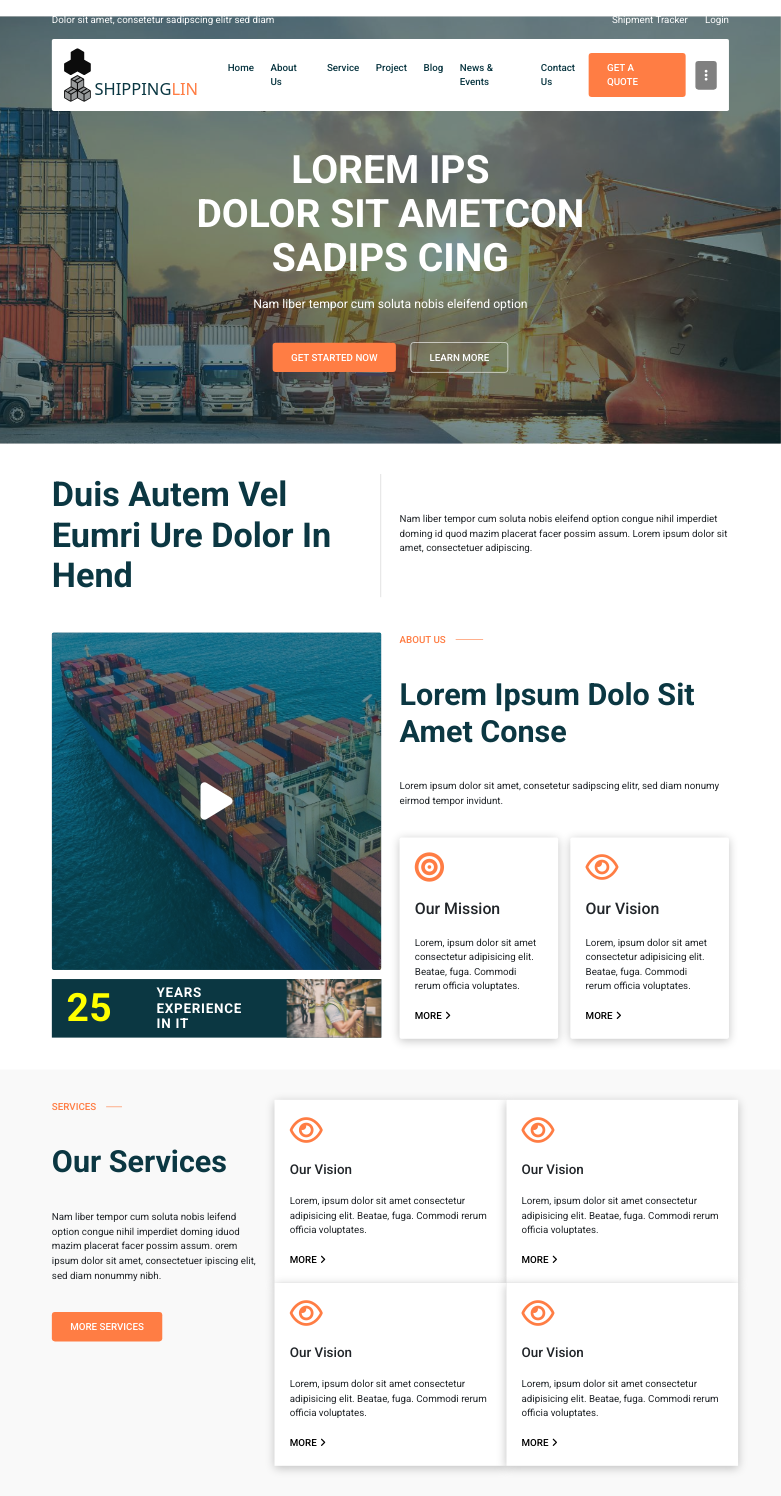
Repository: nazmulalok/shipping-theme
Page: index.html
These files come from the project's save history. The page is drawn as it stood at one moment and after the next save; the edit follows.
The browser window is 1280 px wide. The pictures show the whole page, at 61% of full size.
Some web libraries are served in a nearby version.

Above is the page before, as saved 2022-10-08 22:58:16.

### index.html
<!DOCTYPE html>
<html lang="en">

    <head>
        <meta charset="UTF-8">
        <meta http-equiv="X-UA-Compatible" content="IE=edge">
        <meta name="viewport" content="width=device-width, initial-scale=1.0">
        <link rel="preconnect" href="https://fonts.googleapis.com">
        <link rel="preconnect" href="https://fonts.gstatic.com" crossorigin>
        <link
            href="https://fonts.googleapis.com/css2?family=Roboto:ital,wght@0,300;0,400;0,500;0,700;0,900;1,300;1,400;1,500;1,700;1,900&display=swap"
            rel="stylesheet">
        <link rel="stylesheet" href="https://cdnjs.cloudflare.com/ajax/libs/font-awesome/6.2.0/css/all.min.css"
            integrity="sha512-xh6O/CkQoPOWDdYTDqeRdPCVd1SpvCA9XXcUnZS2FmJNp1coAFzvtCN9BmamE+4aHK8yyUHUSCcJHgXloTyT2A=="
            crossorigin="anonymous" referrerpolicy="no-referrer" />
        <link rel="stylesheet" href="https://cdn.jsdelivr.net/npm/bootstrap@4.0.0/dist/css/bootstrap.min.css"
            integrity="sha384-Gn5384xqQ1aoWXA+058RXPxPg6fy4IWvTNh0E263XmFcJlSAwiGgFAW/dAiS6JXm" crossorigin="anonymous">
        <link rel="stylesheet" href="style.css">
        <title>Document</title>
    </head>

    <body>
        <header class="header-top">
            <div class="container">
                <div class="top-bar">
                    <p class="m-0">Dolor sit amet, consetetur sadipscing elitr sed diam</p>
                    <div>
                        <span class="mr-4">Shipment Tracker</span>
                        <span>Login</span>
                    </div>
                </div>
                <div class="header-area">
                    <div class="logo">
                        <img src="images/box.svg" alt="Logo Box" class="me-2">
                        <img src="images/shipping-logo.svg" alt="Shipping Logo">
                    </div>
                    <nav>
                        <ul>
                            <li><a href="#">Home</a></li>
                            <li><a href="#">About Us</a></li>
                            <li><a href="#">Service</a></li>
                            <li><a href="#">Project</a></li>
                            <li><a href="#">Blog</a></li>
                            <li><a href="#">News & Events</a></li>
                            <li><a href="#">Contact Us</a></li>
                        </ul>
                    </nav>
                    <div class="nav-btn">
                        <a class="common-btn mr-3" href="#">Get A Quote</a>
                        <i class="fa-solid fa-ellipsis-vertical"></i>
                    </div>
                </div>
            </div>
        </header>
        <!-- Slider -->
        <section>
            <div class="main-slider">
                <div class="container">
                    <div class="slide-content">
                        <div class="slide-text">
                            <div class="slider-title mb-4">Lorem ips<br>
                                dolor sit ametcon<br>
                                sadips cing</div>
                            <p>Nam liber tempor cum soluta nobis eleifend option</p>
                            <div class="sliderBtn mt-5"><a class="common-btn mr-4" href="#">Get Started Now</a><a
                                    class="common-btn outline-btn" href="#">Learn More</a></div>
                        </div>
                    </div>
                </div>
            </div>
        </section>
        <!-- Slider Ends -->
        <div class="common-sec">
            <div class="container">
                <div class="row align-items-center mb-5">
                    <div class="col-lg-6">
                        <h1 class="border-heading">Duis Autem Vel Eumri
                            Ure Dolor In Hend</h1>
                    </div>
                    <div class="col-lg-6">
                        <p class="ms-4">Nam liber tempor cum soluta nobis eleifend option congue nihil imperdiet doming
                            id quod mazim
                            placerat facer possim assum. Lorem ipsum dolor sit amet, consectetuer adipiscing.</p>
                    </div>
                </div>
                <div class="row mt-5">
                    <div class="col-lg-6">
                        <div class="video-box img-box img-shadow">
                            <img src="images/ship-products.jpg" alt="Ship Products" />
                            <a data-fancybox="" href="" class="video-btn">
                                <i class="fa fa-play"></i>
                            </a>
                        </div>
                        <div class="exp-section">
                            <div class="exp-title ml-4">
                                25
                            </div>
                            <div class="exp-paragraph">
                                Years <br>Experience <br>In It
                            </div>
                            <img src="images/exp-bg.png" alt="Experience">
                        </div>
                    </div>
                    <div class="col-lg-6">
                        <span class="sp-title">About Us</span>
                        <h2 class="mb-5">Lorem Ipsum Dolo
                            Sit Amet Conse</h2>
                        <p class="mb-5">Lorem ipsum dolor sit amet, consetetur sadipscing elitr, sed diam nonumy eirmod
                            tempor
                            invidunt.</p>
                        <div class="boxes">
                            <div class="common-box">
                                <div class="content">
                                    <i class="fa-solid fa-bullseye mb-4"></i>
                                    <div class="box-title mb-4">
                                        Our Mission
                                    </div>
                                    <p class="mb-4">Lorem, ipsum dolor sit amet consectetur adipisicing elit. Beatae,
                                        fuga. Commodi
                                        rerum
                                        officia voluptates.</p>
                                    <a href="#" class="more-btn">More</a>
                                </div>
                            </div>
                            <div class="common-box">
                                <div class="content">
                                    <i class="fa-regular fa-eye mb-4"></i>
                                    <div class="box-title mb-4">
                                        Our Vision
                                    </div>
                                    <p class="mb-4">Lorem, ipsum dolor sit amet consectetur adipisicing elit. Beatae,
                                        fuga. Commodi
                                        rerum
                                        officia voluptates.</p>
                                    <a href="#" class="more-btn">More</a>
                                </div>
                            </div>
                        </div>
                    </div>
                </div>
            </div>
        </div>
        <div class="common-sec service-sec">
            <div class="container">
                <div class="row">
                    <div class="col-lg-4">
                        <span class="sp-title">Services</span>
                        <h2 class="mb-5">Our Services</h2>
                        <p class="mb-5">Nam liber tempor cum soluta nobis leifend option congue nihil imperdiet doming
                            iduod mazim placerat facer possim assum. orem ipsum dolor sit amet, consectetuer ipiscing
                            elit, sed diam nonummy nibh.</p>
                        <a href="#" class="common-btn">More Services</a>
                    </div>
                    <div class="col-lg-8">
                        <div class="row">
                            <div class="col-lg-6 p-0">
                                <div class="common-box">
                                    <div class="content">
                                        <i class="fa-regular fa-eye mb-4"></i>
                                        <div class="box-title mb-4">
                                            Our Vision
                                        </div>
                                        <p class="mb-4">Lorem, ipsum dolor sit amet consectetur adipisicing elit.
                                            Beatae,
                                            fuga. Commodi
                                            rerum
                                            officia voluptates.</p>
                                        <a href="#" class="more-btn">More</a>
                                    </div>
                                </div>
                            </div>
                            <div class="col-lg-6 p-0">
                                <div class="common-box">
                                    <div class="content">
                                        <i class="fa-regular fa-eye mb-4"></i>
                                        <div class="box-title mb-4">
                                            Our Vision
                                        </div>
                                        <p class="mb-4">Lorem, ipsum dolor sit amet consectetur adipisicing elit.
                                            Beatae,
                                            fuga. Commodi
                                            rerum
                                            officia voluptates.</p>
                                        <a href="#" class="more-btn">More</a>
                                    </div>
                                </div>
                            </div>
                            <div class="col-lg-6 p-0">
                                <div class="common-box">
                                    <div class="content">
                                        <i class="fa-regular fa-eye mb-4"></i>
                                        <div class="box-title mb-4">
                                            Our Vision
                                        </div>
                                        <p class="mb-4">Lorem, ipsum dolor sit amet consectetur adipisicing elit.
                                            Beatae,
                                            fuga. Commodi
                                            rerum
                                            officia voluptates.</p>
                                        <a href="#" class="more-btn">More</a>
                                    </div>
                                </div>
                            </div>
                            <div class="col-lg-6 p-0">
                                <div class="common-box">
                                    <div class="content">
                                        <i class="fa-regular fa-eye mb-4"></i>
                                        <div class="box-title mb-4">
                                            Our Vision
                                        </div>
                                        <p class="mb-4">Lorem, ipsum dolor sit amet consectetur adipisicing elit.
                                            Beatae,
                                            fuga. Commodi
                                            rerum
                                            officia voluptates.</p>
                                        <a href="#" class="more-btn">More</a>
                                    </div>
                                </div>
                            </div>
                        </div>
                    </div>
                </div>
            </div>
        </div>














        <script src="https://code.jquery.com/jquery-3.2.1.slim.min.js"
            integrity="sha384-KJ3o2DKtIkvYIK3UENzmM7KCkRr/rE9/Qpg6aAZGJwFDMVNA/GpGFF93hXpG5KkN"
            crossorigin="anonymous"></script>
        <script src="https://cdn.jsdelivr.net/npm/popper.js@1.12.9/dist/umd/popper.min.js"
            integrity="sha384-ApNbgh9B+Y1QKtv3Rn7W3mgPxhU9K/ScQsAP7hUibX39j7fakFPskvXusvfa0b4Q"
            crossorigin="anonymous"></script>
        <script src="https://cdn.jsdelivr.net/npm/bootstrap@4.0.0/dist/js/bootstrap.min.js"
            integrity="sha384-JZR6Spejh4U02d8jOt6vLEHfe/JQGiRRSQQxSfFWpi1MquVdAyjUar5+76PVCmYl"
            crossorigin="anonymous"></script>
    </body>

</html>

### style.css
/* Common CSS Starts*/
*,
*::before,
*::after {
    box-sizing: border-box;
    margin: 0;
    padding: 0;
}

html {
    scroll-behavior: smooth;
}

:root {
    --main-color: #FF7D44;
    --secondary-color: #0B3742;
    --tertiary-color: #FFFFFF;
}

body {
    font-family: 'Roboto', sans-serif;
}

a.white-space {
    white-space: nowrap;
}

/* Common CSS Ends */

/* slider style starts */

.main-slider>* {
    z-index: 10;
}

.main-slider {
    background: url(images/shipping-banner.jpg);
    height: 700px;
    width: 100%;
    background-size: cover;
    background-repeat: no-repeat;
    background-position: center;
    position: relative;
    display: flex;
    align-items: center;
    transition: all 1s;
    margin-top: -155px;
    z-index: 50;
}

.main-slider:before {
    content: '';
    width: 100%;
    height: 100%;
    top: 0;
    left: 0;
    position: absolute;
    background-color: rgb(11 55 66 / 55%);
    z-index: 1;
}

.slide-content {
    text-align: center;
}

.slide-text {
    color: var(--tertiary-color);
    padding-top: 100px;
}

.slider-title {
    font-size: 4rem;
    font-weight: 600;
    line-height: 4.5rem;
    text-transform: uppercase;
}

.slide-text p {
    font-size: 20px;
}

a.common-btn {
    display: inline-block;
    text-decoration: none;
    color: var(--tertiary-color);
    background: var(--main-color);
    padding: 12px 30px;
    border-radius: 5px;
    font-size: 16px;
    font-weight: 500;
    text-transform: uppercase;
    transition: all 1s ease;
}

a.common-btn:hover {
    background: var(--tertiary-color);
    color: var(--secondary-color);
}

a.common-btn.outline-btn {
    background: transparent !important;
    border: 1px solid var(--tertiary-color);
}

a.common-btn.outline-btn:hover {
    background: var(--tertiary-color) !important;
}

/* Header style starts */

.header-top {
    z-index: 100;
    background: transparent;
    position: relative;
}

.top-bar,
.header-area {
    display: flex;
    justify-content: space-between;
    align-items: center;
    color: var(--tertiary-color);
}

.top-bar {
    padding: 20px 0px;
}

.header-area {
    background: var(--tertiary-color);
    padding: 15px 20px;
    border-radius: 3px;
}

nav ul {
    list-style-type: none;
    color: var(--secondary-color);
    display: flex;
    gap: 1.7rem;
    margin: 0;
}

nav ul a {
    color: var(--secondary-color);
    text-decoration: none;
    font-size: 16px;
    font-weight: 500;
    transition: all 0.5s;
}

nav ul a:hover {
    color: var(--main-color);
    transition: all 0.5s;
}

.nav-btn {
    align-items: center;
    display: flex;
}

.nav-btn i {
    color: var(--tertiary-color);
    font-size: 21px;
    background: gray;
    padding: 13px 15px;
    border-radius: 5px;
}

/* Headings Styles */

h1 {
    font-size: 56px;
}

h2 {
    font-size: 50px;
}

h3 {
    font-size: 44px;
}

h4 {
    font-size: 38px;
}

h5 {
    font-size: 32px;
}

h6 {
    font-size: 26px;
}

h1,
h2,
h3,
h4,
h5,
h6 {
    font-weight: 700;
    margin-bottom: 10px;
    color: var(--secondary-color);
}

/* Section Styles */

.py-50,
.common-sec {
    padding-top: 50px;
    padding-bottom: 50px;
}

.common-sec {
    position: relative;
    z-index: 0;
    overflow: hidden;
}

.common-sec:nth-child(even):before {
    content: "";
    position: absolute;
    width: 1000%;
    height: 100%;
    top: 50%;
    left: 50%;
    transform: translate(-50%, -50%);
    background-color: #f9f9f9;
    border-bottom: 1px solid #f6f6f6;
    z-index: -1;
}

/* Image box style */

.img-box {
    border-radius: 3px;
    transition: 0.5s;
    margin-bottom: 15px;
    text-align: center;
    position: relative;
}

.img-box img {
    border-radius: 3px;
}

.img-box:last-child {
    margin-bottom: 0;
}

figure.img-box img+figcaption {
    margin-top: 10px;
    text-align: left;
    padding: 10px;
    border-radius: 3px;
    box-shadow: -5px 5px 20px 0 rgb(0 0 0 / 5%);
}

.img-box.img-shadow:before {
    content: '';
    width: 100%;
    height: 100%;
    position: absolute;
    top: 0;
    left: 0;
    background-color: rgb(11 55 66 / 55%);
    border-radius: 3px;
}

/* Video Box */

.video-box {
    position: relative;
}

.video-box img {
    border-radius: 3px;
    width: 100%;
}

.video-btn {
    position: absolute;
    text-align: center;
    color: var(--tertiary-color);
    font-size: 30px;
    border: none;
    left: 50%;
    top: 50%;
    -webkit-transform: translate(-50%, -50%);
    transform: translate(-50%, -50%);
    display: flex;
    justify-content: center;
    align-items: center;
    text-decoration: none !important;
    box-shadow: none;
    transition: 0.5s;
}

.video-btn .fa-play {
    color: var(--tertiary-color);
    position: relative;
    z-index: 99;
    -webkit-transition: color 0.5s;
    transition: 0.5s;
    text-decoration: none;
    line-height: 80px;
    font-size: 70px;
}

.video-btn:hover {
    color: inherit;
}

.video-btn:hover .fa-play {
    color: var(--main-color);
}

.video-btn:before,
.video-btn:after {
    display: none;
}

/* Common Box Styles */

.common-box {
    box-shadow: rgb(0 0 0 / 24%) 0px 3px 15px;
    height: 100%;
    background-color: #fff;
    border-radius: 3px;
    transition: all 0.5s ease;
}

.common-box>.img-box {
    margin-bottom: 0;
}

.common-box .common-heading:last-child,
.common-box p:last-child,
.common-box ul:last-child,
.common-box ul:last-child li:last-child,
.common-box .img-box:last-child {
    margin-bottom: 0;
}

.common-box>.content {
    padding: 25px;
}

/* Other CSS Starts */

.border-heading {
    border-right: 2px solid #E8E8E8;
}

.sp-title {
    display: flex;
    text-transform: uppercase;
    color: var(--main-color);
    font-weight: 500;
    align-items: center;
    margin-bottom: 3rem;
}

.sp-title:after {
    content: '';
    width: 20px;
    height: 1px;
    background: var(--main-color);
    flex: 0.1;
    margin-left: 1rem;
}

.boxes {
    display: grid;
    grid-template-columns: 1fr 1fr;
    grid-gap: 20px;
}

.common-box i {
    color: var(--main-color);
    font-size: 48px;
}

.common-box .box-title {
    font-size: 26px;
    font-weight: 500;
}

.common-box:hover {
    background-color: var(--main-color);
    color: var(--tertiary-color);
    transition: all 0.5s ease;
}

.common-box:hover i {
    color: var(--tertiary-color);
    transition: all 1s ease;
}

.exp-section {
    background: var(--secondary-color);
    display: flex;
    align-items: center;
    justify-content: space-between;
}

.exp-section .exp-title {
    color: #FFFF00;
    font-size: 64px;
    font-weight: 600;
    letter-spacing: 0.5px;
}

.exp-section .exp-paragraph {
    color: var(--tertiary-color);
    font-size: 22px;
    font-weight: 600;
    line-height: normal;
    text-transform: uppercase;
    letter-spacing: 1.2px;
}

.exp-section img {
    width: 155px;
}

a.more-btn {
    display: inline-block;
    color: #000;
    font-size: 16px;
    font-weight: 500;
    text-transform: uppercase;
    text-decoration: none;
}

a.more-btn:after {
    content: '\f105';
    font-family: 'FontAwesome';
    margin-left: 5px;

}

.common-box:hover a.more-btn {
    color: var(--tertiary-color);
}

/* Service Section */

.service-sec .common-box {
    border-radius: 0px;
}

.service-sec .common-box .box-title {
    font-size: 22px;
    font-weight: 500;
}

After the next save:
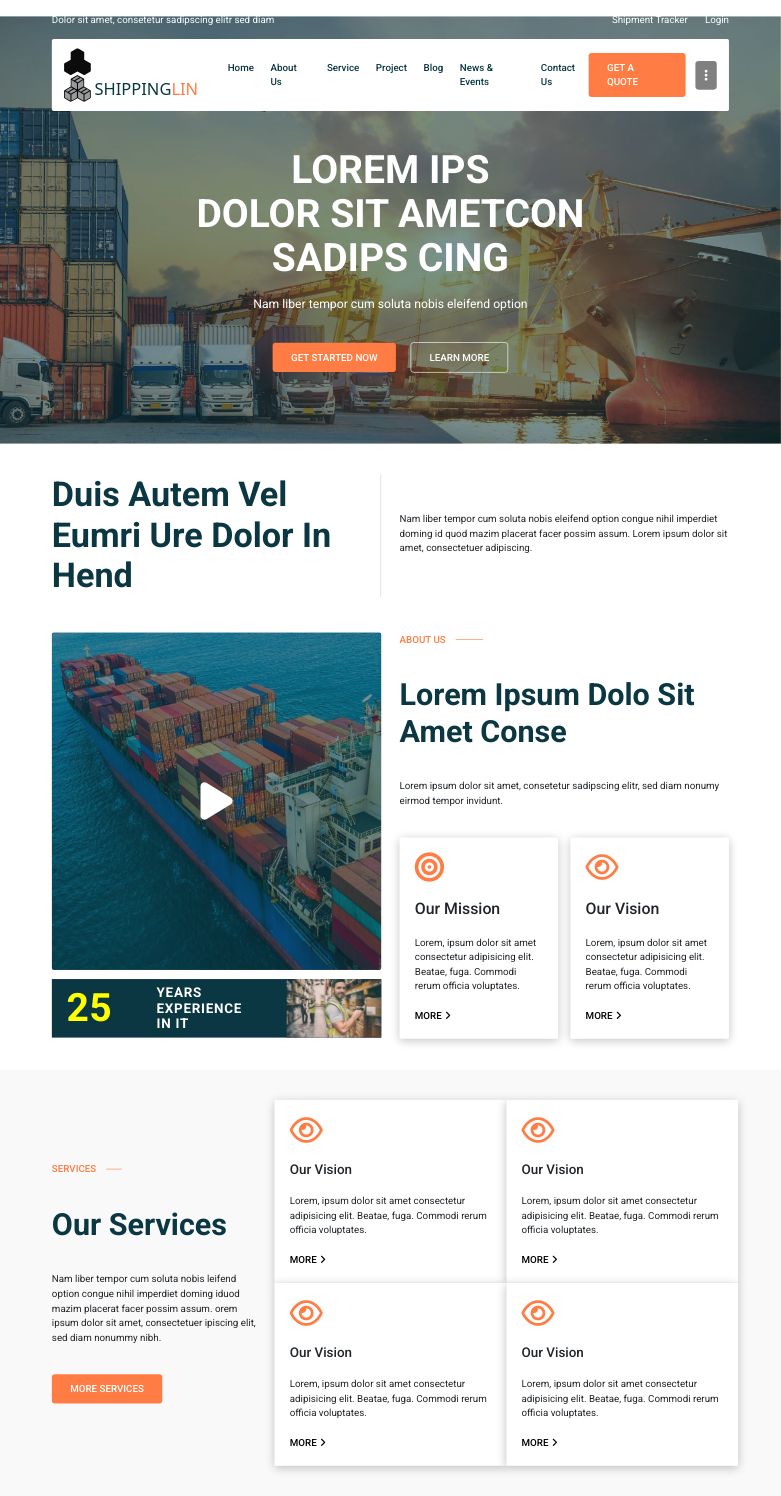
Saved 35 s later.
--- a/index.html
+++ b/index.html
@@ -142,7 +142,7 @@
         </div>
         <div class="common-sec service-sec">
             <div class="container">
-                <div class="row">
+                <div class="row align-items-center">
                     <div class="col-lg-4">
                         <span class="sp-title">Services</span>
                         <h2 class="mb-5">Our Services</h2>
